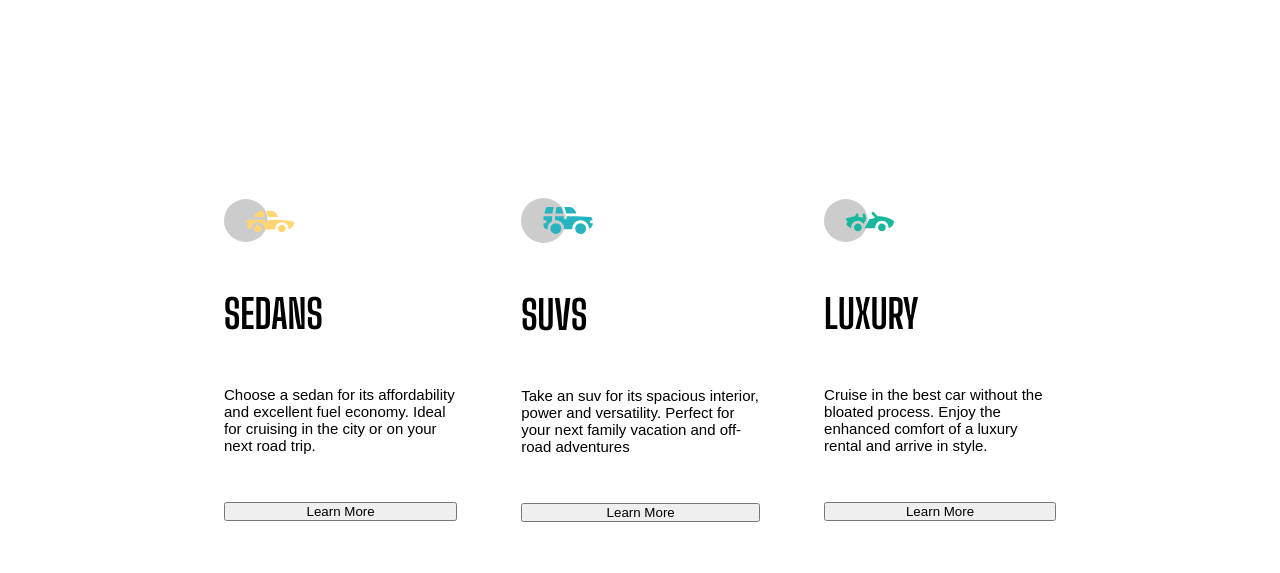
Repository: UnegbuAbigail/3-columns-cards
Page: index.html
An editor plug-in stored every save of this project. The page is shown before and after a run of saves, followed by the edit.
The browser window is 1280 px wide. The pictures show the whole page.

Above is the page before, as saved 2024-08-03 14:27:15.

### index.html
<!DOCTYPE html>
<html lang="en">
<head>
    <meta charset="UTF-8">
    <meta name="viewport" content="width=device-width, initial-scale=1.0">
    <title>Document</title>
    <link rel="stylesheet" href="style.css">
</head>
<body>
    <main>
        <section>
            <!-- card-1 -->
             <div class="cards">
                <img src="assets/icon-sedans.svg" alt="sedan-car-image">
                <h2>SEDANS</h2>
                <p>Choose a sedan for its affordability and excellent fuel economy. Ideal for cruising in the city or on your next road trip.</p>
                <button>Learn More</button>
             </div>

             <!-- card-2 -->

             <div class="cards">
                <img src="assets/icon-suvs.svg" alt="">
                <h2>SUVS</h2>
          <p>
            Take an suv for its spacious interior, power and versatility.
            Perfect for your next family vacation and off-road adventures
          </p>
          <button>Learn More</button>
             </div>

             <!-- card-3 -->
             <div class="cards">
                <img src="assets/icon-luxury.svg" alt="luxury-car-image">
                <h2>LUXURY</h2>
                <p>
                    Cruise in the best car without the bloated process. Enjoy the enhanced comfort of a luxury rental and arrive in style.
                </p>
                <button>Learn More</button>
               </div>
        </section>
    </main>
</body>
</html>

### style.css
@import url('https://fonts.googleapis.com/css2?family=Lexend+Deca:wght@100..900&family=Montserrat:ital,wght@0,100..900;1,100..900&display=swap');
@import url('https://fonts.googleapis.com/css2?family=Big+Shoulders+Display:wght@100..900&family=Lexend+Deca:wght@100..900&family=Montserrat:ital,wght@0,100..900;1,100..900&display=swap');

* {
    padding: 0;
    margin: 0;
    box-sizing: border-box;
}

:root{
    --bright-orange: hsl(31, 77%, 52%);
    --dark-cyan: hsl(184, 100%, 22%);
    --very-dark-cyan: hsl(179, 100%, 13%);
    --transparent-white: hsla(0, 0%, 100%, 0.75);
    --very-light-gray: hsl(0, 0%, 95%);
    --ff-big-shoulders-display: "Big Shoulders Display", sans-serif;
    --ff-lexand-deca: "Lexand Deca", sans-serif;
}

html,body {
    display: flex;
    justify-content: center;
    align-items: center;
    /* border: 2px, solid red; */
    min-height: 100%;
}

body {
    font-size: 15px;
}

main {
    display: flex;
    justify-content: center;
    align-items: center;
    min-height: 100%;
}

section {
    /* border: 2px solid blue; */
    display: flex;
    justify-content: center;
    align-items: center;
    width: 70%;
    height: 100%;

}

/* cards */
.cards {
    display: flex;
    flex-direction: column;
    gap: 3rem;
    padding: 2rem;
}

img {
    width: 30%;
}

h2 {
    font-family: var(--ff-big-shoulders-display);
    font-weight: 700;
    font-size: 2.5rem;
}

p{
    /* color: var(--transparent-white); */
    font-family: var(--ff-lexand-deca);
    font-weight: 400;

}

After the next 5 saves:
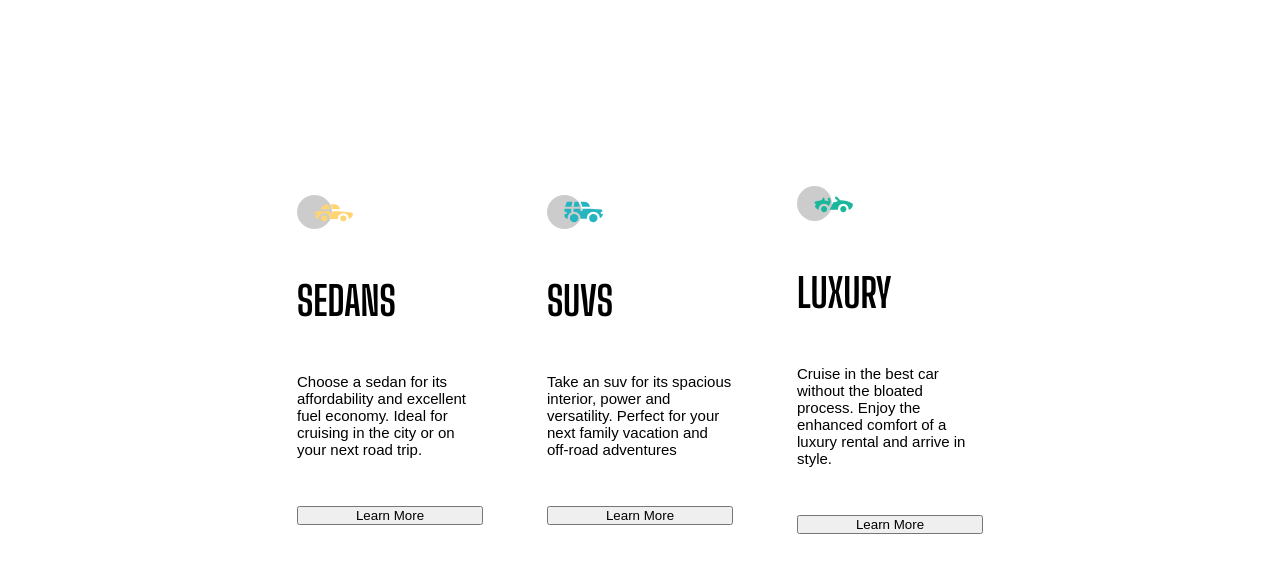
The 5 saves are shown as one change because they came seconds apart.
The last was saved 13 s later.
--- a/style.css
+++ b/style.css
@@ -68,5 +68,6 @@ p{
     /* color: var(--transparent-white); */
     font-family: var(--ff-lexand-deca);
     font-weight: 400;
+    width: 186px;
 
 }
